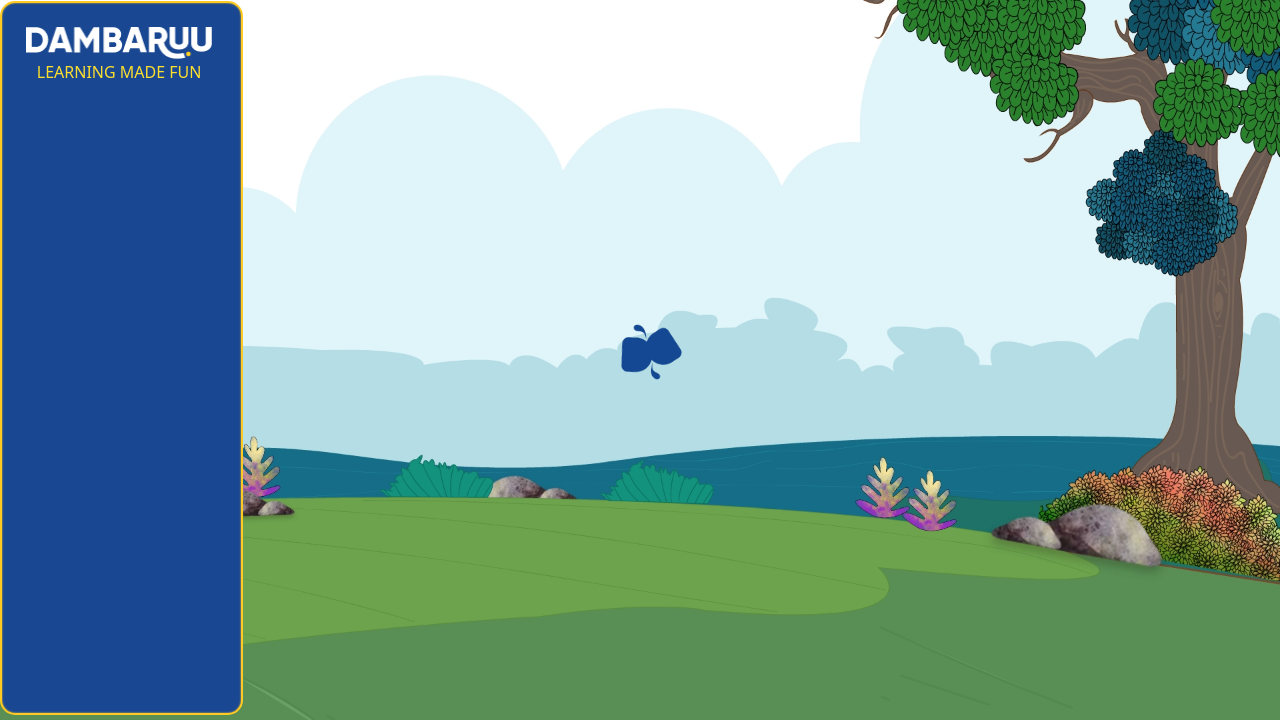
Repository: Your-Skool-Your-Way/Dambaruu_frontend_marketing
Page: /subjects
The author's editor kept a copy of each file at every save. The page is drawn from the files as they stood at one save, then again after the next save.
The browser window is 1280 px wide. The pictures show the whole page.
The page's requests for data from a server got no answer. Some web fonts or font styles are not loaded; a fallback is used. The project was rebuilt for these pictures with package versions that can differ from the ones it lists, and the page was loaded fresh each time. No one was signed in, and anything a server would have sent is missing. Also part of the build but not shown: src/Components/Header/header.css, src/Components/Header/Header.js, src/Components/ContentPage/Content.jsx, src/utils/validations.js, src/Components/LoginPage/Login.jsx, src/Components/Dashboard/Dashboard.css, src/Components/Dashboard/Dashboard.jsx, src/Components/Activities/Activity.css and 11 more. Imported but missing from the stored project, and not drawn on this page: src/Asset/landing-video.mp4.

Above is the page before, as saved 2023-09-18 14:45:34.

### public/index.html
<!DOCTYPE html>
<html lang="en">
  <head>
    <meta charset="utf-8" />
    <link rel="icon" href="%PUBLIC_URL%/favicon4.png" />
    <meta name="viewport" content="width=device-width, initial-scale=1" />
    <meta name="theme-color" content="#000000" />
    <meta
      name="description"
      content="Web site created using create-react-app"
    />
    <link rel="apple-touch-icon" href="%PUBLIC_URL%/logo192.png" />

    <link rel="manifest" href="%PUBLIC_URL%/manifest.json" />

    <title>Dambaruu:School-Learning Made Fun</title>


    <script>
      chrome.browser.default.kiosk=true;
      chrome.browser.default.resoltuion=1024*768;
      </script>
  </head>
  <!-- disable  right click -->
  <body oncontextmenu="return false">



    <!-- <noscript>You need to enable JavaScript to run this app.</noscript> -->
    <div id="root"></div>
  </body>
</html>

### src/index.css
@import url('https://fonts.googleapis.com/css2?family=Roboto:wght@300&display=swap');
body {
  margin: 0;
  font-family: 'Roboto', sans-serif;
  -webkit-font-smoothing: antialiased;
  -moz-osx-font-smoothing: grayscale;
}

code {
  font-family: source-code-pro, Menlo, Monaco, Consolas, 'Courier New',
    monospace;
}

### src/Components/SubjecPage/SubjectList.jsx
import React, { useEffect, useState } from "react";
import Sidebar from "../Sidebar/Sidebar";
import "./SubjectList.css";
import axios, { config } from "../../utils/api";
import { useHistory } from "react-router-dom";
import Loader from "../Loader";
import { apiEndPoint } from "../../utils/constants";
import Header from "../Header/Header";

const SubjectList = () => {
  const [data, setData] = useState([]);
  const [loading, setLoading] = useState(false);
  const history = useHistory();
  useEffect(() => {
    const queryParams = new URLSearchParams(window.location.search);
    const className = queryParams.get("class");
    const filters = JSON.stringify({
      standard_id__standard_name: className,
    });
    const fetchData = async () => {
      setLoading(true);
      await axios
        .get(`${apiEndPoint.subject}?filters=${filters}`, config())
        .then((res) => {
          if (res.data && res.data.data) {
            setData(res.data.data);
          }
          setLoading(false);
        });
    };
    fetchData();
  }, []);
  const redirectSubjectPage = (standard_name, id) => {
    const queryParams = new URLSearchParams(window.location.search);
    const className = queryParams.get("class");
    history.push(`content/?class=${className}&subjectId=${id}`);
  };

  // Add sound Efefctt  On  Subject Card Click

  let audio = new Audio("/cartoon-pop-up-sound.mp3");
  const start = () => {
    audio.play();
    audio.volume = 0.2;
  };

  return (
    <div className="container-sub">
      <Sidebar />
      {loading ? (
        <div className="right-side" style={{ width: "100%" }}>
          <Loader />
        </div>
      ) : data.length ? (
        <div className="right-side">
          <div className="header">
            <Header />
          </div>
          <div className="all-subject">
            <div className="sub-card">
              {data.map((subject, index) => {
                // console.log(data);
                return (
                  <div
                    onClick={(e) => {
                      e.stopPropagation();
                      redirectSubjectPage(subject.standard_name, subject.id);
                    }}
                    key={subject.id}
                    className="sub-card-section-map"
                  >
                    <img src={subject.subject_image} alt="" onClick={start} />
                    <div>
                      <h2 className="sub-card-section">
                        {subject.subject_name}
                      </h2>
                    </div>
                  </div>
                );
              })}
            </div>
          </div>
        </div>
      ) : (
        <div className="right-side no-content">
          <h2>No Subjects Available</h2>
        </div>
      )}
    </div>
  );
};

export default SubjectList;

### src/Components/ContentPage/Content.css
@import url('https://fonts.googleapis.com/css?family=Josefin+Sans');
@import url('https://fonts.googleapis.com/css2?family=Rubik+Moonrocks&display=swap');
@import url('https://fonts.googleapis.com/css2?family=Permanent+Marker&display=swap');

body {
  overflow-y: hidden;
}
.container-con {
  background-image: url(../../Asset/bg3.jpg);
  display: flex;
  display: flex;
  height: 130vh;
  width: 100%;
  scroll-behavior: smooth;
  background-size: cover;
  background-attachment: fixed;
  margin: 0;
  padding: 0;
}
.content-card-div {
  margin-right: 3%;
  margin-bottom: 2%;
}
.content-card {
  width: 100%;
  display: flex;
  flex-wrap: wrap;
}

.content-card-img {
  width: 45vh;
  height: 30vh;
  box-shadow: 2px 2px 5px black;
}
.content-card-img:hover {
  cursor: pointer;
}
.arrow {
  margin-top: 2%;
}
/* Add effect on Topic Card */
.topiclist {
  width: 1125px;
  height: 316.5px;
  -moz-border-radius: 0px 50%;
  -webkit-border-radius: 0px 50%;
  border-radius: 0px 33%;
  padding: 20px;
  cursor: url(/public/pointer.png), auto;
}
.topic_list {
  max-height: 85vh;
  overflow-y: scroll;
  display: grid;
  grid-template-columns: auto;
  justify-items: center;
  overflow-x: hidden;
}

.topic_list::-webkit-scrollbar {
  width: 0px;
  background: transparent;
}

.topiclist:hover {
  box-shadow: 0 14px 28px #cb5b9f, 0 10px 10px #eea2c7;
}
.topicName {
  position: relative;
  top: 12.5rem;
  bottom: 0rem;
  left: 29.5rem;
  right: 0rem;
  font-size: 2rem;
  font-weight: bolder;
  cursor: url(/public/pointer.png), auto;
  font-family: 'Permanent Marker';
}

.topicsCard {
  display: grid;
  margin-bottom: 30px;
}

@media only screen and (max-width: 900px) {
  .container-con {
    width: 100%;

    display: flex;
  }
  .content-card-div {
    margin-right: 3%;
    margin-bottom: 2%;
  }
  .content-card {
    width: 100%;
    display: flex;
    flex-wrap: wrap;
  }

  .content-card-img {
    width: 100%;
    height: 30vh;
    box-shadow: 2px 2px 5px black;
  }
  .content-card-img:hover {
    cursor: pointer;
  }
  .arrow {
    margin-top: 2%;
  }
}

@media only screen and (min-width: 1100px) {
  .content-card-img {
    width: 39vh;
    height: 25vh;
  }
}
@media only screen and (min-width: 1250px) {
  .content-card-img {
    width: 49vh;
    height: 30vh;
  }
}

@media only screen and (min-width: 11520px) {
  .content-card-img {
    width: 39vh;
    height: 25vh;
  }
}

@media screen and (max-width: 1024px) {
  .container-con {
    background-image: url(../../Asset/bg3.jpg);
    background-position: center center;
    background-attachment: fixed;
    background-repeat: no-repeat;
    background-size: 100% 100%;
  }
  .topiclist {
    width: 100%;
    height: 100%;
  }
  .topicName {
    position: relative;
    top: 9.5rem;
    bottom: 0rem;
    left: 15.5rem;
    right: 0rem;
    font-size: 2rem;
    font-weight: bolder;
    cursor: url(data:[embedded picture, 2394 characters]),
      auto;
    font-family: 'Permanent Marker';
  }
}



@media screen and (min-width: 1025px) and (max-width: 1280px) {

  .topiclist {
    width: 100%;
    height: 100%;
  }
  .topicName {
    position: relative;
    top: 11.5rem;
    bottom: 0rem;
    left: 22.5rem;
    right: 0rem;
    font-size: 2rem;
    font-weight: bolder;
    cursor: url(data:[embedded picture, 2394 characters]),
      auto;
    font-family: 'Permanent Marker';
  }
}

@media screen and (min-width: 1281px) and (max-width: 1366px) {

  .topiclist {
    width: 100%;
    height: 100%;
  }
  .topicName {
    position: relative;
    top: 12.5rem;
    bottom: 0rem;
    left: 25.5rem;
    right: 0rem;
    font-size: 2rem;
    font-weight: bolder;
    cursor: url(data:[embedded picture, 2394 characters]),
      auto;
    font-family: 'Permanent Marker';
  }
}

### src/Components/SubjecPage/SubjectList.css
.right-side {
  margin-left: 17.5%;
  height: 100vh;
  width: 100%;
  padding: 0 2%;
  /* background-image: url(../../Asset/3.jpg); */
  /* background-attachment: fixed; */
}
.container-sub {
  background-image: url(../../Asset/bg3.jpg);
  display: flex;
  height: 100%;
  width: 100%;
  overflow: hidden;
  scroll-behavior: smooth;
  background-size: cover;
  background-attachment: fixed;
  margin: 0;
  padding: 0;
}
.sub-card {
  width: 45%;
  height: 30%;
  margin-bottom: 2%;

  display: grid;
  grid-template-columns: 50% 50% 50% 50%;
  justify-content: space-between;
  grid-gap: 10px;
}
.all-details {
  text-decoration: none;
  font-size: 20px;
  font-weight: bold;
}

.sub-card:hover {
  cursor: pointer;
}
.sub-card-section-map {
  display: flex;
  flex-direction: column;
  align-items: center;
  text-align: center;
  /* padding: 30px; */

  overflow: hidden;
  /* box-shadow: 2px 2px 10px black; */
  border-radius: 10px;
  /* background-color: #194792; */
  cursor: url(/public/pointer.png), auto;
}

.sub-card-section-map img {
  width: 100%;
  height: 100%;
  /* background-color: orange; */

  object-fit: contain;
}

.sub-card-section-map .details {
  margin: 10px;
}

.sub-card-section-map .details h2 {
  font-weight: 600;
}

.sub-card-section-map .details p {
  text-transform: uppercase;
  font-weight: 300;
}

.all-subject {
  max-height: 84vh;
  overflow-y: scroll;
}

.all-subject::-webkit-scrollbar {
  width: 0px;
  background: transparent;
}

.header {
  margin-bottom: 12px;
  margin-right: 0px;
  /* position: sticky;
position: -webkit-sticky;
top: 0; */
}
/* Header{
  position: sticky;
  position: -webkit-sticky;
  top: 0;
} */
.sub-card-section {
  margin-top: -40px;
  color: white;
}
.no-content {
  text-align: center;
}

@media only screen and (max-width: 900px) {
  .right-side {
    margin-left: 1%;
    height: 160vh;
    width: 100%;
    padding: 0 2%;
  }
  .container-sub {
    width: 100%;

    display: flex;
  }
  .sub-card {
    width: 65%;
    height: 30%;

    display: grid;
    grid-template-columns: 50% 50% 50%;
    justify-content: space-between;
    grid-gap: 3px;
  }
  .all-details {
    text-decoration: none;
    font-size: 20px;
    font-weight: bold;
  }

  .sub-card:hover {
    cursor: pointer;
  }
  .sub-card-section-map {
    display: flex;
    flex-direction: column;
    align-items: center;
    text-align: center;

    border-radius: 1px;
    overflow: hidden;
  }

  .sub-card-section-map img {
    width: 100%;
    height: 100%;
    /* background-color: orange; */

    object-fit: contain;
  }

  .sub-card-section-map .details {
    margin: 10px;
  }

  .sub-card-section-map .details {
    font-weight: 200;
  }

  .sub-card-section-map .details p {
    text-transform: uppercase;
    font-weight: 300;
  }
  .arrow {
    display: flex;
    flex-direction: row;
    margin-top: 2%;
  }
  .sub-card-section {
    font-size: 10px;
    margin-top: -16px;
    color: white;
  }
  .no-content {
    text-align: center;
  }
}

@media screen and (max-width: 1024px)  {
  .container-sub {
    background-image: url(../../Asset/bg3.jpg);
    background-position: center center;
    background-attachment: fixed;
    background-repeat: no-repeat;
    background-size: 100% 100%;
    background-origin: content-box;
    width: 100%;
    height: 100%;
  }
  .navbar {
    height: 13vh;
  }

  h2.sub-card-section {
    margin-top: -25px;
    color: white;
    font-size: 17px;
  }
  .all-subject {
    width: 100%;
  }
  .sub-card-section {
    margin-top: -32px;
    font-size: 10px;
  }
  .sub-card {
    width: 49%;
    height: 30%;
    margin-bottom: 35%;
    display: grid;
    grid-template-columns: 50% 50% 50% 50%;
    justify-content: space-between;
    grid-gap: 5px;
  }
  .sidebar_SubList {
    width: 209px;
    height: 80px;
    color: white;
    font-size: 20px;
    padding: -8px;
    margin-bottom: -16px;
    margin-left: 6px;
    /* justify-content: center; */
  }
  .container-sidebar {
    width: 19%;
  }
}




@media screen and (min-width: 1025px) and (max-width: 1280px)  {

  .navbar {
    height: 13vh;
  }

  h2 {
    margin-top: -25px;
    color: rgb(233, 34, 34);
    font-size: 5px;

  }
  .all-subject {
    width: 100%;
  }
  .sub-card-section {
    margin-top: -38px;

  }
  .sub-card {
    width: 49%;
    height: 30%;
    margin-bottom: 35%;
    display: grid;
    grid-template-columns: 50% 50% 50% 50%;
    justify-content: space-between;
    grid-gap: 5px;
  }
  .sidebar_SubList {
    width: 209px;
    height: 80px;
    color: white;
    font-size: 20px;
    padding: -8px;
    margin-bottom: -16px;
    margin-left: 16px;
  }
  .container-sidebar {
    width: 19%;
  }
}

@media screen and (min-width: 1281px) and (max-width: 1366px)  {
  .sidebar_SubList {
    font-size: 20px;
    padding: -8px;
    margin-bottom: -16px;
  }
  .sub-card-section {
    margin-top: -33px;

  }
}

@media screen and (min-width: 1366px) and (max-width: 1920px)  {

  .navbar {
    height: 13vh;
  }

  h2 {
    margin-top: -25px;
    color: rgb(233, 34, 34);
    font-size: 5px;

  }
  .all-subject {
    width: 100%;
  }
  .sub-card-section {
    margin-top: -38px;

  }
  .sub-card {
    width: 49%;
    height: 30%;
    margin-bottom: 35%;
    display: grid;
    grid-template-columns: 50% 50% 50% 50%;
    justify-content: space-between;
    grid-gap: 5px;
  }
  .sidebar_SubList {
    width: 260px;
    height: 90px;
    color: white;
    font-size: 50px;
    padding: -8px;
    margin-bottom: -23px;
    margin-left: 20px;
  }
  .container-sidebar {
    width: 19%;
  }
}


@media (max-width: 3840px) and (max-height: 2160px) {
  .sub-card-section {
    font-size: 25px;
  }
  .all-subject {
    width: 100%;
  }
  .sub-card {
    width: 49%;
    height: 30%;
    margin-bottom: 35%;
    display: grid;
    grid-template-columns: 50% 50% 50% 50%;
    justify-content: space-between;
    grid-gap: 6px;
  }
}

### src/Components/Sidebar/Sidebar.js
import React, { useState } from "react";
import "./Sidebar.css";
import textLogo from "../../Asset/logowhite.png";
import { useHistory } from "react-router";
import { useEffect } from "react";
import axios, { config } from "../../utils/api";
import { useDispatch, useSelector } from "react-redux";
import { login, selectUser } from "../../utils/reducer";
import { apiEndPoint } from "../../utils/constants";
import Button from "@mui/material/Button";

const Sidebar = () => {
  // Abhisek Api consumption  Subject st
  const [data, setData] = useState([]);
  //console.log(data);
  const [loading, setLoading] = useState(false);
  const history = useHistory();
  useEffect(() => {
    const queryParams = new URLSearchParams(window.location.search);
    const className = queryParams.get("class");
    const filters = JSON.stringify({
      standard_id__standard_name: className,
    });
    const fetchData = async () => {
      setLoading(true);
      await axios
        .get(`${apiEndPoint.subject}?filters=${filters}`, config())
        .then((res) => {
          if (res.data && res.data.data) {
            setData(res.data.data);
          }
          setLoading(false);
        });
    };
    fetchData();
  }, []);

  // ABHISEK API consumption  for topics List

  const [Topic, setTopic] = useState([]);

  useEffect(() => {
    const queryParams = new URLSearchParams(window.location.search);

    const subjectId = queryParams.get("subjectId");
    const filters = JSON.stringify({
      subject_id: subjectId,
    });

    const fetchData = async () => {
      setLoading(true);
      await axios
        .get(`${apiEndPoint.topic}?filters=${filters}`, config())
        .then((res) => {
          if (res.data && res.data.data) {
            setTopic(res.data.data);
          }
          setLoading(false);
        });
    };
    fetchData();
  }, []);

  const user = useSelector(selectUser);
  const dispatch = useDispatch();
  useEffect(() => {
    const fetchData = async () => {
      await axios.get(apiEndPoint.user, config()).then((res) => {
        if (res.data && res.data.data) {
          dispatch(login(res.data.data));
        }
      });
    };
    if (!user) {
      fetchData();
    }
  }, [user, dispatch]);

  const redirectSubjectPage = (standard_name, id) => {
    const queryParams = new URLSearchParams(window.location.search);
    const className = queryParams.get("class");
    history.push(`content/?class=${className}&subjectId=${id}`);
  };

  return (
    <div className="container-sidebar">
      <div className="logo-container">
        {/* <img className="logo" src={logo} alt="logo" /> */}
        <img className="text-logo" src={textLogo} alt="" />
      </div>
      <h6 className="slogan">LEARNING MADE FUN</h6>

      <div className="courses-activity"></div>

      <>
      <div className="scrl">
        {data.map((subject, index) => {
          return (

            <div className="sidebar_scroll">
              <div className="sidebar_SubList">
                <Button
                  className="Button"
                  variant="contained"
                  onClick={(e) => {
                    e.stopPropagation();
                    redirectSubjectPage(subject.standard_name, subject.id);
                  }}
                >
                  {subject.subject_name}
                </Button>
              </div>
            </div>

          );
        })}
        </div>
      </>
    </div>
  );
};

export default Sidebar;

### src/Components/Sidebar/Sidebar.css
@import url('https://fonts.googleapis.com/css?family=Josefin+Sans');
@import url('https://fonts.googleapis.com/css2?family=Rubik+Moonrocks&display=swap');
@import url('https://fonts.googleapis.com/css2?family=Permanent+Marker&display=swap');
.container-sidebar {
  width: 17.5%;
  height:99.2vh;
  display: flex;
  flex-direction: column;
  background-color: #194792;
  position: fixed;
  top: 1px;
  bottom: 3px;
  border: 2px solid #ffcb23;
  box-shadow: inset 0 0 2px #ffcb23;
  border-radius: 15px;
  backdrop-filter: blur(25px);
  outline-offset: 4px;
}

.scrl{
  height: 100vh;
  overflow: auto auto;
}
.scrl::-webkit-scrollbar {
  width: 0;
  height: 0;
}

.scrl::-webkit-scrollbar-thumb {
  background-color: #a0a0a0;
  outline: 1px solid #a0a0a0;
}




.logo-container {
  display: flex;
}
.logo {
  width: 25%;
  margin-top: 10%;
  margin-left: 5%;
}
.text-logo {
  width: 78%;
  height: 57%;
  margin-top: 10%;
  margin-left: 10%;
}
.courses-all {
  height: 80vh;
}
.courses-section {
  color: orange;
}
.courses-section > img {
  width: 15%;
}



.profile {
  width: 100%;
  display: flex;
  /* margin-top: 155%; */
  bottom: 0;

  justify-content:flex-start;
  background-color: orange;
}
.profile > h2 {
  margin-top: 10%;
  margin-left: 10%;
  font-size: 20px;
}
.profile > img {
  width: 50px;
  height: 50px;
  padding: 15px;
  border-radius: 50%;
}
.Button {
  font-family: sans-serif;
  font-weight: bolder;
  font-size: medium;
}

/* abhisek Addes css */

.sub-card-sidebar {
  font-size: 10px;
  color: white;
}
.sidebar_scrol {
  flex: 2;
  height: 100vh;
  color: white;
  background-color: black;
  overflow: scroll;
  line-height: 300px;
}
div.sidebar_SubList {
  /* width: auto;
  height: 20px;
  color: white;
  font-weight: 600px;
  padding: -8px;
  margin-bottom: -23px;
  margin-top: 0;
  margin-left: 16px;
  justify-content: center; */
  padding: 0;
  margin-top: 0px;
}
/* .sidebar_SubLis Button{
  cursor: url(/public/pointer.png), auto;
} */
#demo-simple-select-label {
  color: white;
}

@media only screen and (min-width: 1100px) {
}
/* Abhisek */
.dropbtn {
  background-color: #194792;
  color: white;
  padding: 16px;
  font-size: 10px;
  border: none;
  text-decoration: none;
  padding-top: 5%;
  font-size: 2rem;
  color: orange;
}

.dropdown {
  position: relative;
  display: inline-block;
}

.dropdown-content {
  display: none;
  position: absolute;
  background-color: orange;
  min-width: 160px;
  border: solid 2px;
  border-radius: 15px;
  box-shadow: 0px 8px 16px 0px rgba(0, 0, 0, 0.2);
  z-index: 1;
}

.dropdown-content a {
  color: black;
  padding: 12px 16px;
  text-decoration: none;
  display: block;
}

.dropdown-content a:hover {
  background-color: #cb5b9f;
  border-radius: 15;

  border-top-right-radius: 15px;
  border-bottom-right-radius: 15px;
}

.dropdown:hover .dropdown-content {
  display: block;
}


.slogan {
  text-align: center;
  color: #fddf2e;
  margin-right: 5px;
  margin-top: 4px;
}
.subject_list {
  background-color: white;
  color: white;
  border: solid 5px white;
}
@media screen and (max-width: 1024px) and (max-height: 768px) {
}
.Button {
  font-family: sans-serif !important;
  font-weight: bolder !important ;
  font-size: 13.5px !important;
}

@media screen and (max-width: 3840px) and (max-height: 2160px) {
}
.Button {
  font-family: sans-serif !important;
  font-weight: bolder !important ;
  font-size: 13.5px !important;
}

### src/Components/Loader.css
.loader {
  width: 100px;

  animation: spinner 1s linear infinite;
}

@keyframes spinner {
  0% {
    transform: rotate(0deg);
  }
  25% {
    transform: rotate(45deg);
  }
  50% {
    transform: rotate(90deg);
  }
}

@media (min-width: 1000px) and (max-width: 1024px) {
  .loader {
    margin-top: 40%;
    margin-left: 30%;
  }
}

@media (min-width: 1025px) and (max-width: 1280px) {
  .loader {
    margin-top: 30%;
    margin-left: 35%;
  }
}
@media (min-width: 1280px) and (max-width: 1366px) {
  .loader {
    margin-top: 30%;
    margin-left: 35%;
  }
}
@media (min-width: 1366px) and (max-width: 1920px) {
  .loader {
    margin-top: 30%;
    margin-left: 35%;
  }
}

Loaded but not shown: src/reportWebVitals.js (common file); src/App.js (78 lines, source omitted); src/utils/constants.js (27 lines, source omitted); src/index.js (21 lines, source omitted); src/utils/reducer.js (21 lines, source omitted); src/Components/index.js (8 lines, source omitted); src/utils/api.js (15 lines, source omitted); src/Components/Loader.js (12 lines, source omitted); src/utils/store.js (8 lines, source omitted); src/Components/LoginPage/Login.css (393 lines, source omitted)

After the next save:
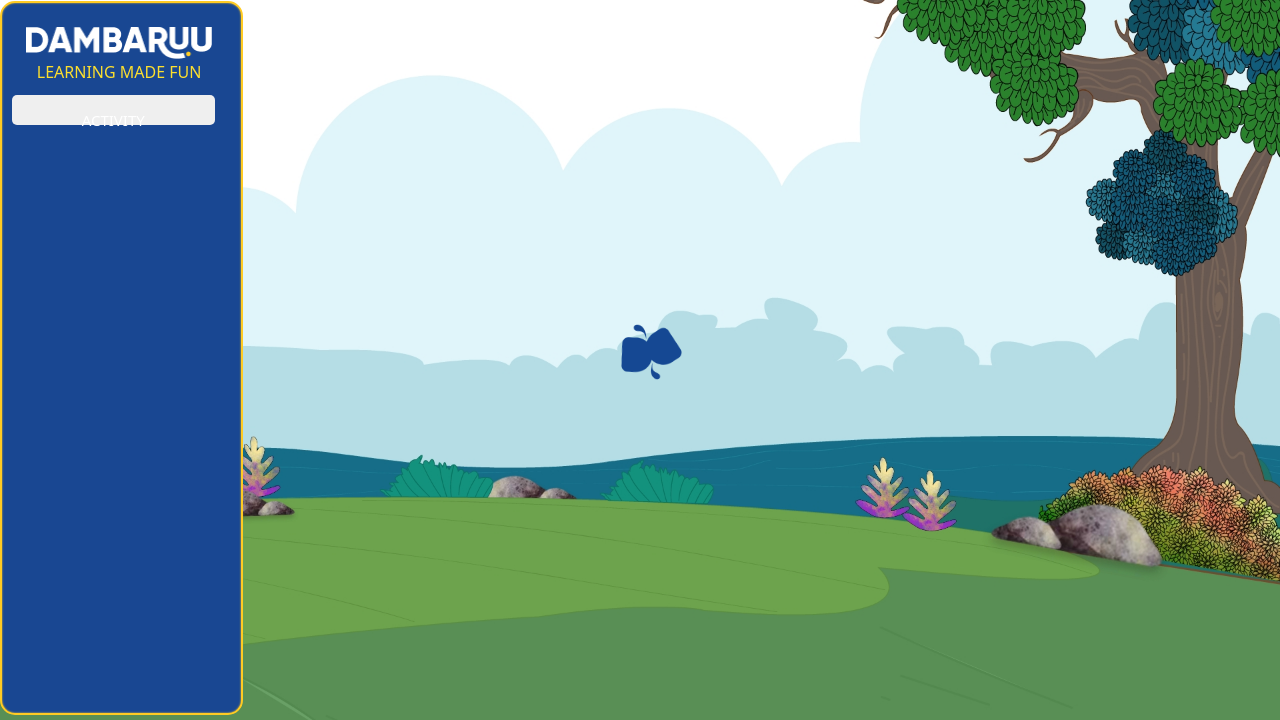
Saved 43 min 12 s later.
--- a/src/Components/Sidebar/Sidebar.js
+++ b/src/Components/Sidebar/Sidebar.js
@@ -9,8 +9,19 @@ import { login, selectUser } from "../../utils/reducer";
 import { apiEndPoint } from "../../utils/constants";
 import Button from "@mui/material/Button";
 
+const customStyles = {
+  content: {
+    top: "70%",
+    left: "29%",
+    right: "auto",
+    bottom: "auto",
+    transform: "translate(-50%, -50%)",
+    backgroundColor: "orange",
+  },
+};
+
 const Sidebar = () => {
-  // Abhisek Api consumption  Subject st
+  // Abhise Api consumption  Subject st
   const [data, setData] = useState([]);
   //console.log(data);
   const [loading, setLoading] = useState(false);
@@ -33,20 +44,17 @@ const Sidebar = () => {
         });
     };
     fetchData();
-  }, []);
+  },[]);
 
   // ABHISEK API consumption  for topics List
 
   const [Topic, setTopic] = useState([]);
-
   useEffect(() => {
     const queryParams = new URLSearchParams(window.location.search);
-
     const subjectId = queryParams.get("subjectId");
     const filters = JSON.stringify({
       subject_id: subjectId,
     });
-
     const fetchData = async () => {
       setLoading(true);
       await axios
@@ -75,28 +83,30 @@ const Sidebar = () => {
       fetchData();
     }
   }, [user, dispatch]);
-
   const redirectSubjectPage = (standard_name, id) => {
     const queryParams = new URLSearchParams(window.location.search);
     const className = queryParams.get("class");
     history.push(`content/?class=${className}&subjectId=${id}`);
   };
+  const Activities = () => {
+    history.push( "/activity" );
+  };
 
   return (
     <div className="container-sidebar">
       <div className="logo-container">
-        {/* <img className="logo" src={logo} alt="logo" /> */}
         <img className="text-logo" src={textLogo} alt="" />
       </div>
       <h6 className="slogan">LEARNING MADE FUN</h6>
+      <div className="Activity">
+       <button className="Activity-Button" onClick={Activities}>ACTIVITY</button>
+      </div>
 
       <div className="courses-activity"></div>
-
       <>
       <div className="scrl">
         {data.map((subject, index) => {
           return (
-
             <div className="sidebar_scroll">
               <div className="sidebar_SubList">
                 <Button
@@ -111,10 +121,9 @@ const Sidebar = () => {
                 </Button>
               </div>
             </div>
-
           );
         })}
-        </div>
+      </div>
       </>
     </div>
   );
